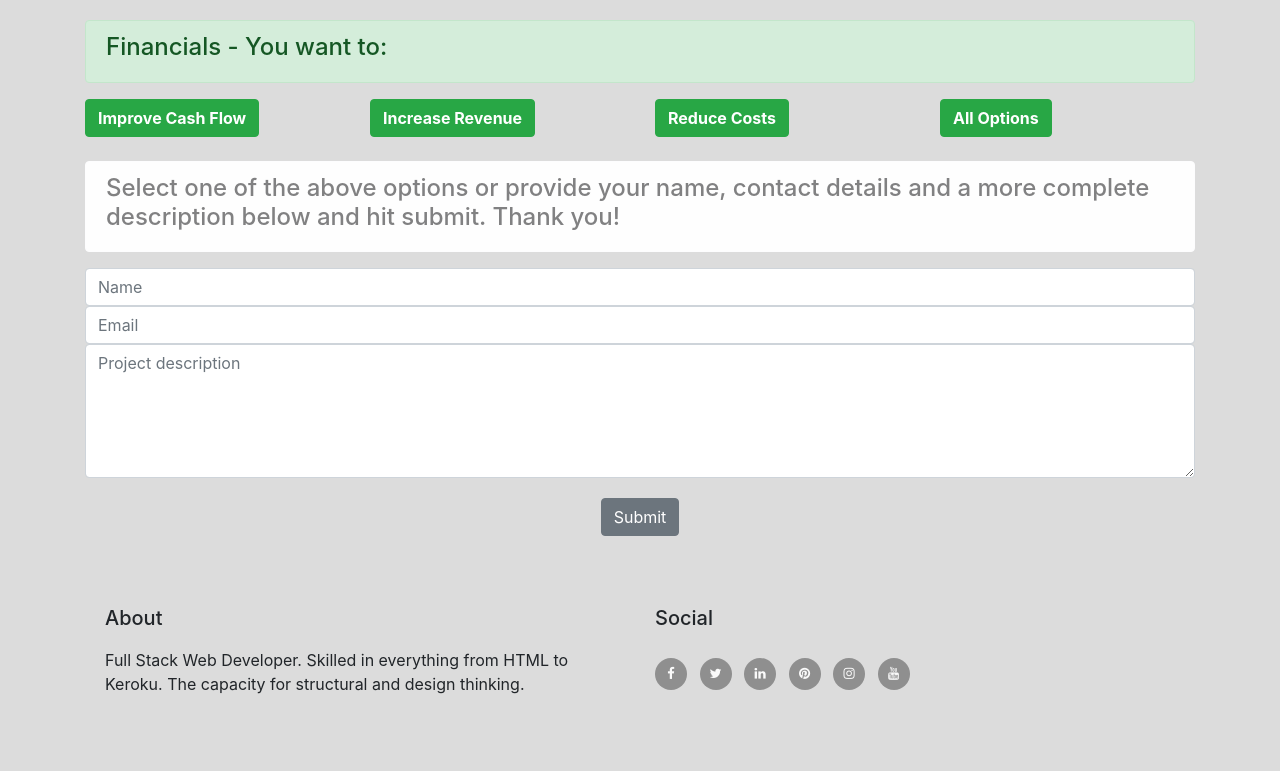
Repository: Code-Institute-Submissions/tenerim-milestone1
Page: Financials.html
The author's editor kept a record of every edit. The page is drawn from the files as they stood at one moment, then again after the next edit.
The browser window is 1280 px wide. The pictures show the whole page.

Above is the page before.

After the next edit:
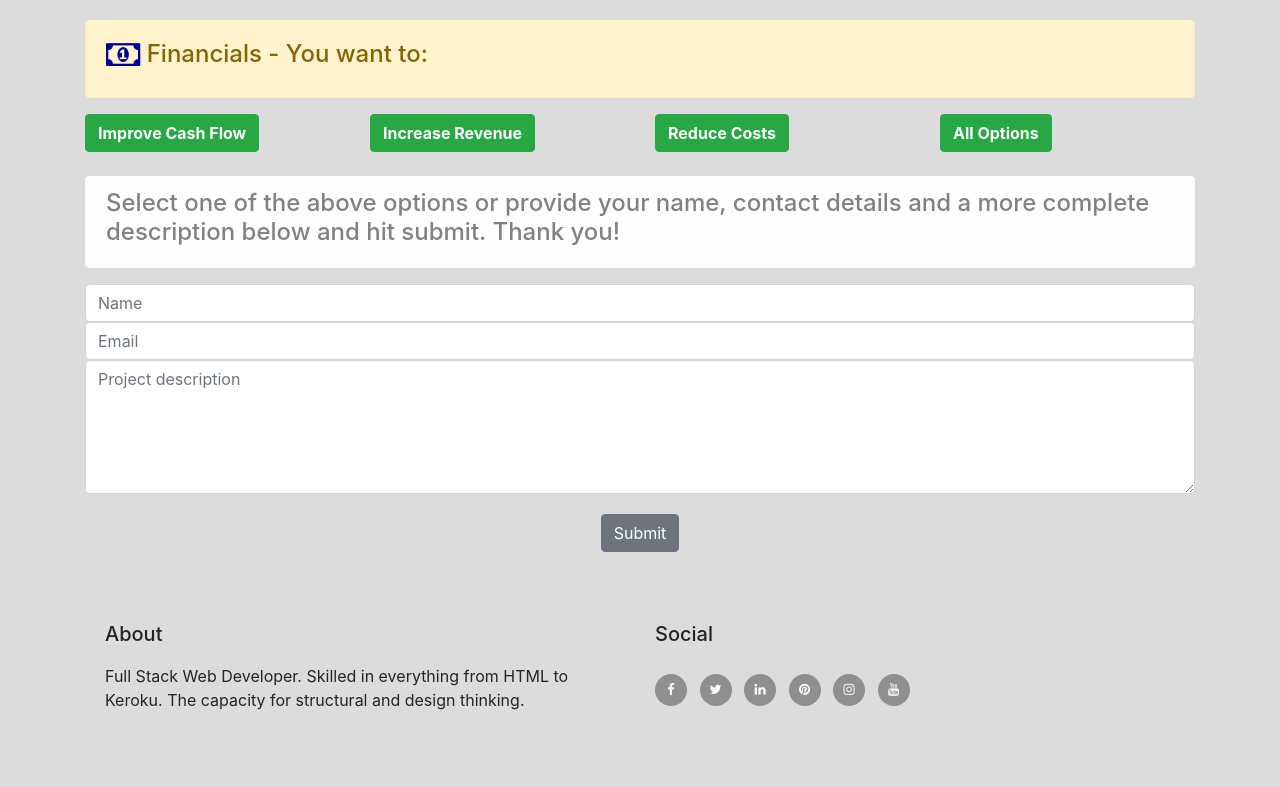
The edit:
--- a/Financials.html
+++ b/Financials.html
@@ -24,8 +24,8 @@
 
             <div class="row">
                 <div class="col-sm-12">
-                    <div class="alert alert-success" role="alert">
-                        <h4 class="alert-heading">Financials - You want to:</h4>
+                    <div class="alert alert-warning" role="alert">
+                        <h4 class="alert-heading"><i class="fa fa-money fa-lg" aria-hidden="true"></i> Financials - You want to:</h4>
                     </div>
                 </div>
             </div>
